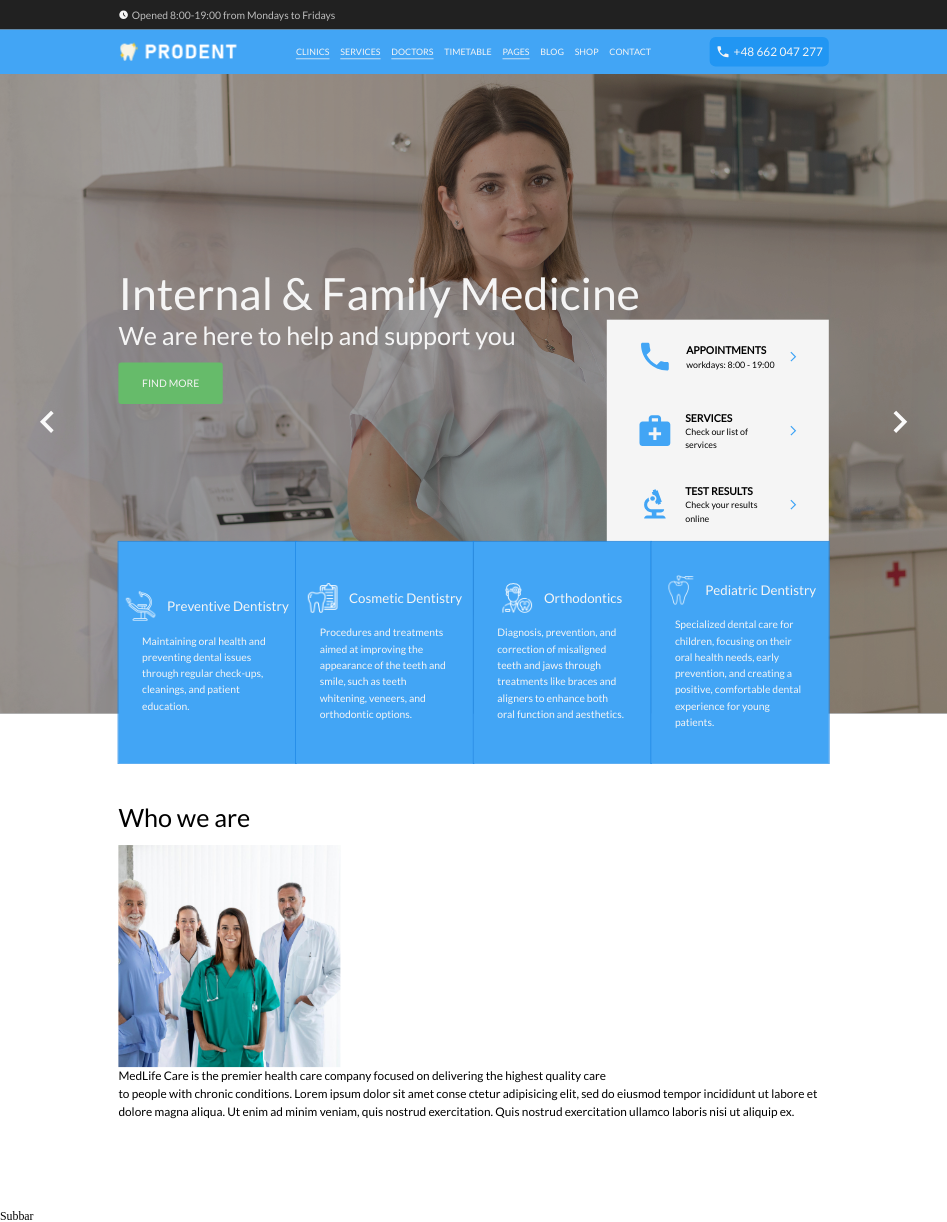
Repository: princ3-web/8
Page: /
These files come from the project's save history. The page is drawn as it stood at one moment and after a run of saves; the edit follows.
The browser window is 1280 px wide. The pictures show the whole page, at 74% of full size.
The project was rebuilt for these pictures with package versions that can differ from the ones it lists, and the page was loaded fresh each time. Also part of the build but not shown: vite.config.js, src/subpages/About.jsx, src/index.css.

Above is the page before, as saved 2023-11-02 15:15:24.

### index.html
<!doctype html>
<html lang="en">
  <head>
    <meta charset="UTF-8" />
    <link rel="icon" type="image/svg+xml" href="/vite.svg" />
    <meta name="viewport" content="width=device-width, initial-scale=1.0" />
    <title>Vite + React</title>
    <link rel="preconnect" href="https://fonts.googleapis.com">
    <link rel="preconnect" href="https://fonts.gstatic.com" crossorigin>
    <link href="https://fonts.googleapis.com/css2?family=Lato&display=swap" rel="stylesheet">
  </head>
  <body>
    <div id="root"></div>
    <script type="module" src="/src/main.jsx"></script>
  </body>
</html>

### src/App.jsx
import "./App.css";
import { Box } from "@mui/material";
import { Route, Routes } from "react-router-dom";
import Home from "./subpages/Home";
import About from "./subpages/About";
import Navbar from "./components/Navbar";
import Subbar from "./components/Subbar";
import { createTheme, ThemeProvider } from "@mui/material/styles";

function App() {

  const theme = createTheme({
    typography: {
      fontFamily: "Lato, sans-serif",
    },
  });



  return (
    <ThemeProvider theme={theme}>
    <Box>

      <Navbar />

      <Routes>
        <Route path="/" element={<Home />} />
        <Route path="/about" element={<About />} />
      </Routes>
      <Subbar />
    </Box>
    </ThemeProvider>
  );
}

export default App;

### src/App.css
body {
  padding: 0;
  margin: 0;
  overflow-x: "hidden";
}

### src/subpages/Home.jsx
import React, { useEffect, useState } from "react";
import { Box, CardMedia, Typography, Button, Fade } from "@mui/material";
import image1 from "../assets/images/1.jpg";
import image2 from "../assets/images/2.jpg";
import image3 from "../assets/images/3.jpg";
import image4 from "../assets/images/4.jpg";
import { green, grey, blue } from "@mui/material/colors";
import PhoneIcon from "@mui/icons-material/Phone";
import MedicalServicesIcon from "@mui/icons-material/MedicalServices";
import BiotechIcon from "@mui/icons-material/Biotech";
import ArrowForwardIosIcon from "@mui/icons-material/ArrowForwardIos";
import icon1 from "../assets/icons/1.png";
import icon2 from "../assets/icons/2.png";
import icon3 from "../assets/icons/3.png";
import icon4 from "../assets/icons/4.png";
import SingleCarousel from "../components/SingleCarousel";

const Menu = () => {
  const items0 = [
    {
      title: "Preventive Dentistry",
      text: "Maintaining oral health and preventing dental issues through regular check-ups, cleanings, and patient education.",
      icon: icon1,
    },
    {
      title: "Cosmetic Dentistry",
      text: "Procedures and treatments aimed at improving the appearance of the teeth and smile, such as teeth whitening, veneers, and orthodontic options.",
      icon: icon2,
    },
    {
      title: "Orthodontics",
      text: "Diagnosis, prevention, and correction of misaligned teeth and jaws through treatments like braces and aligners to enhance both oral function and aesthetics.      ",
      icon: icon3,
    },
    {
      title: "Pediatric Dentistry",
      text: "Specialized dental care for children, focusing on their oral health needs, early prevention, and creating a positive, comfortable dental experience for young patients.      ",
      icon: icon4,
    },
  ];

  const items1 = [
    {
      title: "APPOINTMENTS",
      text: "workdays: 8:00 - 19:00",
      icon: <PhoneIcon sx={{ color: blue[400], fontSize: "50px", mr: "1rem" }} />,
    },
    {
      title: "SERVICES",
      text: "Check our list of services",
      icon: <MedicalServicesIcon sx={{ color: blue[400], fontSize: "50px", mr: "1rem" }} />,
    },
    {
      title: "TEST RESULTS",
      text: "Check your results online",
      icon: <BiotechIcon sx={{ color: blue[400], fontSize: "50px", mr: "1rem" }} />,
    },
  ];

  return (
    <Box
      sx={{
        position: "absolute",
        display: "flex",
        flexDirection: "column",
        alignItems: "flex-end",
        boxSizing: "border-box",
        top: "60%",
        px: "160px",
        width: "100%",
      }}
    >
      <Box
        sx={{
          display: "flex",
          flexDirection: "column",
          justifyContent: "space-evenly",
          alignItems: "center",
          backgroundColor: grey[100],
          width: "300px",
          height: "300px",
        }}
      >
        {items1.map((item) => (
          <Box
            sx={{
              display: "flex",
              alignItems: "center",
              justifyContent: "space-between",
              width: "100%",
              height: "33%",
              boxSizing: "border-box",
              px: "40px",
              transition: "0.25s",
              ":hover": {
                backgroundColor: grey[300],
                cursor: "pointer",
              },
            }}
          >
            {item.icon}
            <Box>
              <Typography sx={{ fontSize: "14px", fontWeight: 600 }}>{item.title}</Typography>
              <Typography sx={{ fontSize: "12px" }}>{item.text}</Typography>
            </Box>
            <ArrowForwardIosIcon sx={{ color: blue[400], fontSize: "16px", ml: "1rem" }} />
          </Box>
        ))}
      </Box>
      <Box sx={{ display: "flex", width: "100%" }}>
        {items0.map((item) => (
          <Box
            sx={{
              display: "flex",
              flexDirection: "column",
              justifyContent: "center",
              alignItems: "center",
              backgroundColor: blue[400],
              width: "300px",
              height: "300px",
              outline: "1px solid " + blue[600],
              transition: "0.25s",
              ":hover": {
                backgroundColor: blue[500],
                cursor: "pointer",
              },
            }}
          >
            <Box sx={{ display: "flex", alignItems: "center", mb: "1rem" }}>
              <CardMedia
                component="img"
                src={item.icon}
                alt=""
                sx={{ width: "40px", mr: "1rem" }}
              />
              <Typography color={grey[100]} sx={{ fontSize: "18px" }}>
                {item.title}
              </Typography>
            </Box>
            <Typography color={grey[100]} variant="subtitle2" sx={{ px: "2rem" }}>
              {item.text}
            </Typography>
          </Box>
        ))}
      </Box>
    </Box>
  );
};

const Home = () => {
  const items0 = [
    {
      title: "Preventive Dentistry",
      text: "Maintaining oral health and preventing dental issues through regular check-ups, cleanings, and patient education.",
      icon: icon1,
    },
    {
      title: "Cosmetic Dentistry",
      text: "Procedures and treatments aimed at improving the appearance of the teeth and smile, such as teeth whitening, veneers, and orthodontic options.",
      icon: icon2,
    },
    {
      title: "Orthodontics",
      text: "Diagnosis, prevention, and correction of misaligned teeth and jaws through treatments like braces and aligners to enhance both oral function and aesthetics.      ",
      icon: icon3,
    },
    {
      title: "Pediatric Dentistry",
      text: "Specialized dental care for children, focusing on their oral health needs, early prevention, and creating a positive, comfortable dental experience for young patients.      ",
      icon: icon4,
    },
  ];

  const items1 = [
    {
      title: "APPOINTMENTS",
      text: "workdays: 8:00 - 19:00",
      icon: <PhoneIcon sx={{ color: blue[400], fontSize: "50px", mr: "1rem" }} />,
    },
    {
      title: "SERVICES",
      text: "Check our list of services",
      icon: <MedicalServicesIcon sx={{ color: blue[400], fontSize: "50px", mr: "1rem" }} />,
    },
    {
      title: "TEST RESULTS",
      text: "Check your results online",
      icon: <BiotechIcon sx={{ color: blue[400], fontSize: "50px", mr: "1rem" }} />,
    },
  ];

  const [currentImageIndex, setCurrentImageIndex] = useState(0);

  useEffect(() => {
    const interval = setInterval(() => {
      const nextIndex = (currentImageIndex + 1) % images.length;
      setCurrentImageIndex(nextIndex);
    }, 4000);

    return () => {
      clearInterval(interval);
    };
  }, [currentImageIndex]);

  const images = [image1, image2, image3, image4];

  return (
    <Box>
      <SingleCarousel images={images} />

      <Box sx={{ position: "absolute", top: "50%", left: "160px", zIndex: 1 }}>
        <Typography variant="h2" sx={{ color: grey[100] }}>
          Internal & Family Medicine
        </Typography>
        <Typography variant="h4" sx={{ color: grey[100] }}>
          We are here to help and support you
        </Typography>
        <Button
          sx={{
            backgroundColor: green[400],
            color: grey[100],
            py: "1rem",
            px: "2rem",
            mt: "1rem",
            "&:hover": {
              backgroundColor: green[700],
              cursor: "pointer",
            },
          }}
        >
          FIND MORE
        </Button>
      </Box>
      <Menu />
      <Box sx={{boxSizing:"border-box", px:"160px", py:"120px"}}>
        <Typography variant="h4">Who we are</Typography>
        <Box>
          <CardMedia component="img" src={image1} alt="" sx={{ width: "300px", height: "300px", mt:"1rem" }} />
          <Box>
            <Typography>
              MedLife Care is the premier health care company focused on delivering the highest
              quality care
            </Typography>
          </Box>
          <Typography>
            to people with chronic conditions. Lorem ipsum dolor sit amet conse ctetur adipisicing
            elit, sed do eiusmod tempor incididunt ut labore et dolore magna aliqua. Ut enim ad
            minim veniam, quis nostrud exercitation. Quis nostrud exercitation ullamco laboris nisi
            ut aliquip ex.
          </Typography>
        </Box>
      </Box>
    </Box>
  );
};

export default Home;

### src/components/Navbar.jsx
import React from "react";
import { Box, Typography, CardMedia, Menu, MenuItem } from "@mui/material";
import { blue, grey } from "@mui/material/colors";
import PhoneIcon from "@mui/icons-material/Phone";
import AccessTimeFilledIcon from "@mui/icons-material/AccessTimeFilled";
import logo from "../assets/icons/logo.png";

const Navbar = () => {
  const items = [
    { name: "CLINICS", items: ["Dental Clinic 1", "Dental Clinic 2", "Dental Clinic 3"] },
    { name: "SERVICES", items: ["Orthodontics", "Cosmetic Dentistry", "Preventive Dentistry"] },
    { name: "DOCTORS", items: ["Dentist 1", "Dentist 2", "Dentist 3"] },
    { name: "TIMETABLE", items: [] },
    { name: "PAGES", items: ["Home Page", "About Us", "Services Page"] },
    { name: "BLOG", items: [] },
    { name: "SHOP", items: [] },
    {
      name: "CONTACT",
      items: [],
    },
  ];

  const handleMenuItemHover = (event, index) => {
    const dropdownMenu = event.currentTarget.querySelector(".dropdown-menu");
    if (dropdownMenu) {
      dropdownMenu.style.visibility = "visible";
      dropdownMenu.style.filter = "opacity(1)";
    }
  };

  const handleMenuItemLeave = (event) => {
    const dropdownMenu = event.currentTarget.querySelector(".dropdown-menu");
    if (dropdownMenu) {
      dropdownMenu.style.visibility = "hidden";
      dropdownMenu.style.filter = "opacity(0)";
    }
  };

  return (
    <Box sx={{ position: "relative", zIndex: 2 }}>
      <Box
        sx={{
          display: "flex",
          alignItems: "center",
          height: "40px",
          width: "100%",
          backgroundColor: grey[900],
          pl: "160px",
          boxSizing: "border-box",
        }}
      >
        <AccessTimeFilledIcon sx={{ color: grey[100], fontSize: "14px", mr: "0.25rem" }} />
        <Typography color={grey[400]} variant="subtitle2">
          Opened 8:00-19:00 from Mondays to Fridays
        </Typography>
      </Box>
      <Box
        sx={{
          display: "flex",
          justifyContent: "space-between",
          alignItems: "center",
          boxSizing: "border-box",
          px: "160px",
          backgroundColor: blue[400],
          height: "60px",
        }}
      >
        <Box>
          <CardMedia component="img" src={logo} alt="" sx={{ height: "30px" }} />
        </Box>
        <Box
          sx={{
            display: "flex",
            justifyContent: "space-between",
            alignItems: "center",
            width: "50%",
            height: "100%",
          }}
        >
          {items.map((item, index) => (
            <Box
              key={index}
              onMouseEnter={(e) => handleMenuItemHover(e, index)}
              onMouseLeave={handleMenuItemLeave}
              sx={{ display: "flex", alignItems: "center", height: "100%" }}
            >
              <Typography
                sx={{
                  color: grey[100],
                  textDecoration: item.items.length < 1 ? "none" : "underline",
                  textUnderlineOffset:"5px",
                  fontSize: "12px",
                  ":hover": { cursor: "pointer", color: blue[100] },
                }}
              >
                {item.name}
              </Typography>
              <Box
                className="dropdown-menu"
                sx={{
                  visibility: "hidden",
                  position: "absolute",
                  backgroundColor: grey[100],
                  transition: "0.5s",
                  filter: "opacity(0)",
                  fontSize: "12px",
                  mt: "190px",
                  ml: "-10px",
                  py:"0.5rem",
                }}
              >
                {item.items.map((item) => (

                  <MenuItem sx={{ fontSize: "12px", p:"1rem", pr:"7rem" }}>{item}</MenuItem>
                ))}
              </Box>
            </Box>
          ))}
        </Box>
        <Box
          sx={{
            display: "flex",
            alignItems: "center",
            p: "0.5rem",
            borderRadius: ".5rem",
            backgroundColor: blue[500],
          }}
        >
          <PhoneIcon sx={{ color: grey[100], fontSize: "20px", mr: "0.25rem" }} />
          <Typography color={grey[100]}>+48 662 047 277</Typography>
        </Box>
      </Box>
    </Box>
  );
};

export default Navbar;

### src/components/Subbar.jsx
import React from 'react'

const Subbar = () => {
  return (
    <div>Subbar</div>
  )
}

export default Subbar

### src/components/SingleCarousel.jsx
import React, { useState, useEffect } from "react";
import KeyboardArrowLeftIcon from "@mui/icons-material/KeyboardArrowLeft";
import KeyboardArrowRightIcon from "@mui/icons-material/KeyboardArrowRight";
import IconButton from "@mui/material/IconButton";
import Box from "@mui/material/Box";
import { grey } from "@mui/material/colors";
import { CardMedia } from "@mui/material";

const SingleCarousel = ({ images }) => {
  const [index, setIndex] = useState(0);
  const [transition, setTransition] = useState(false);
  const [hover, setHover] = useState(false);

  useEffect(() => {
    const interval = setInterval(() => {
      setIndex((state) => (state === images.length - 1 ? 0 : state + 1));
    }, 5000);

    return () => {
      clearInterval(interval);
    };
  }, [hover]);

  const handlePrevious = () => {
    if (!transition) {
      setTransition(true);
      setIndex((state) => (state > 0 ? setIndex(state - 1) : setIndex(images.length - 1)));
      setTimeout(() => setTransition(false), 500);
    }
  };

  const handleNext = () => {
    if (!transition) {
      setTransition(true);
      setIndex((state) => (state < images.length - 1 ? setIndex(state + 1) : setIndex(0)));
      setTimeout(() => setTransition(false), 500);
    }
  };

  return (
    <Box height={"120vh"} sx={{ position: "relative", overflow: "hidden", backgroundColor: grey[900] }}>
      {images.map((item, n) => (
        <Box
          sx={{
            position: "absolute",
            justifyContent: "center",
            alignContent: "center",
            width: "100%",
            height: "100%",
            transition: "2s",
            filter: n === index ? "Opacity(1)" : "Opacity(0)",
          }}
        >
          <CardMedia
            component="img"
            src={item}
            sx={{ height: "100%", filter: "brightness(0.8)" }}
          />

        </Box>
      ))}
      <Box
        sx={{
          position: "absolute",
          display: "flex",
          justifyContent: "space-between",
          width: "96%",
          left: "2%",
          top: "50%",
        }}
      >
        <IconButton
          onClick={handlePrevious}
          onMouseOver={() => setHover(true)}
          onMouseLeave={() => setHover(false)}
        >
          <KeyboardArrowLeftIcon style={{ color: grey[50], zIndex: 10, fontSize: 60 }} />
        </IconButton>
        <IconButton
          onClick={handleNext}
          onMouseOver={() => setHover(true)}
          onMouseLeave={() => setHover(false)}
        >
          <KeyboardArrowRightIcon style={{ color: grey[50], zIndex: 10, fontSize: 60 }} />
        </IconButton>
      </Box>
    </Box>
  );
};

export default SingleCarousel;

Loaded but not shown: src/main.jsx (common file); src/index.css (no copy from this time; the picture is the same without it)

After the next 6 saves:
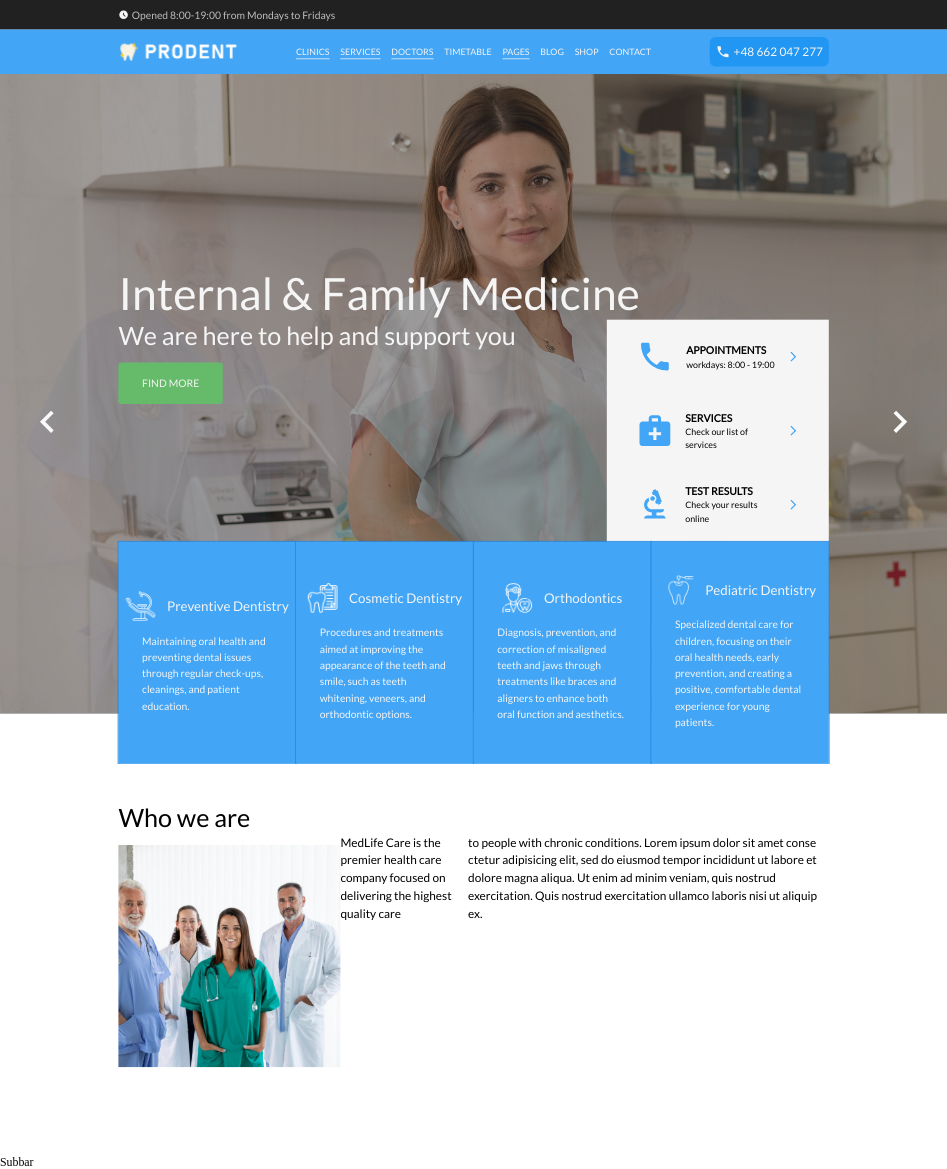
The 6 saves are shown as one change because they came seconds apart.
The last was saved 24 s later.
--- a/src/subpages/Home.jsx
+++ b/src/subpages/Home.jsx
@@ -234,7 +234,7 @@ const Home = () => {
       <Menu />
       <Box sx={{boxSizing:"border-box", px:"160px", py:"120px"}}>
         <Typography variant="h4">Who we are</Typography>
-        <Box>
+        <Box sx={{display:"flex"}}>
           <CardMedia component="img" src={image1} alt="" sx={{ width: "300px", height: "300px", mt:"1rem" }} />
           <Box>
             <Typography>
